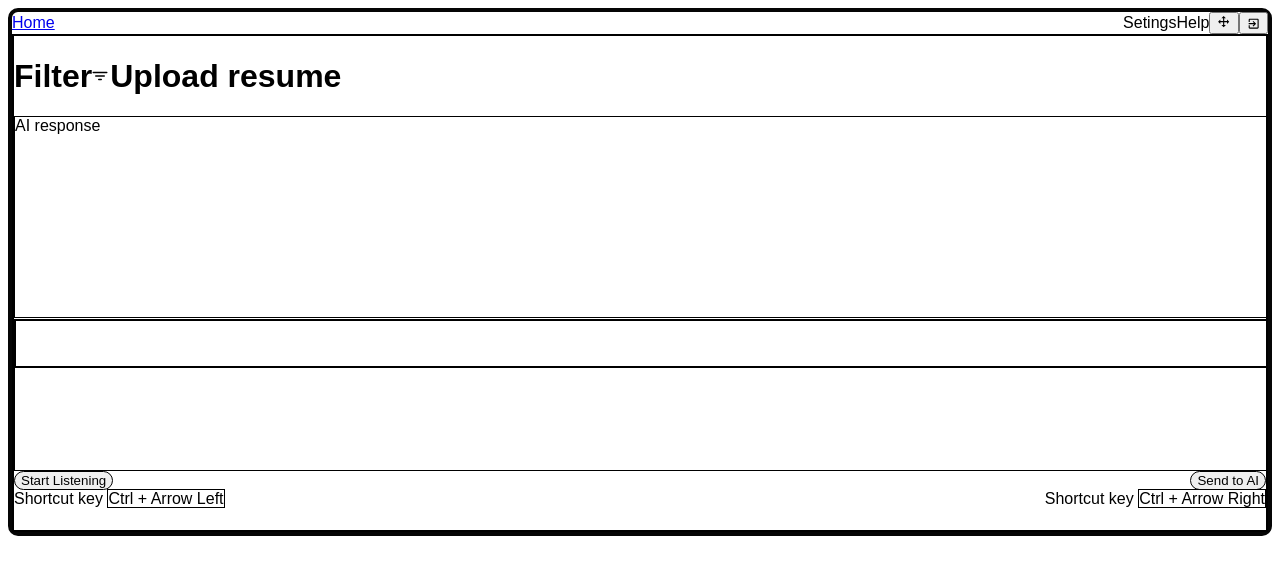
Repository: stevenreas09-coder/ai-assistance
Page: /speech
These files come from the project's save history. The page is drawn as it stood at one moment and after the next save; the edit follows.
The browser window is 1280 px wide. The pictures show the whole page.
The project was rebuilt for these pictures with package versions that can differ from the ones it lists, and the page was loaded fresh each time. The framework's server and built-in components were replaced by stand-ins that run in the browser. Also part of the build but not shown: next.config.ts.

Above is the page before, as saved 2025-12-15 01:27:08.

After the next save:
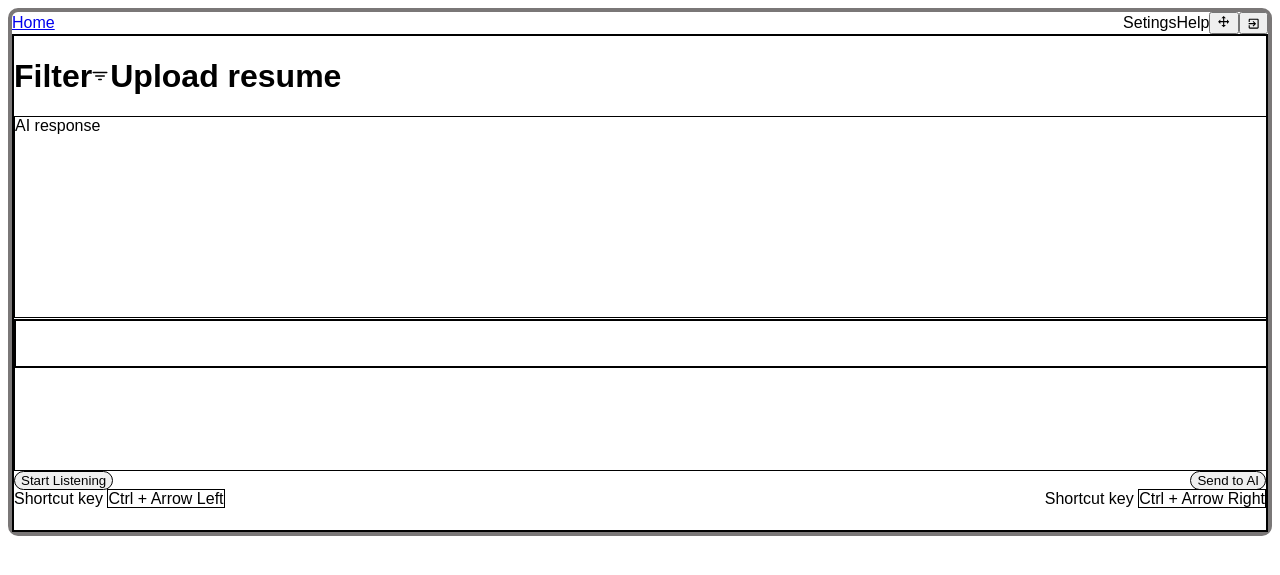
Saved 3 min 10 s later.
--- a/app/globals.css
+++ b/app/globals.css
@@ -6,7 +6,7 @@ body {
   color: var(--foreground);
   font-family: Arial, Helvetica, sans-serif;
   background: transparent; /* <- change this */
-  border: 4px solid rgba(0, 0, 0, 0.979); /* white semi-transparent border */
+  border: 4px solid rgba(120, 117, 117, 0.979); /* white semi-transparent border */
   border-radius: 10px; /* optional rounded corners */
   overflow: hidden;
 }
